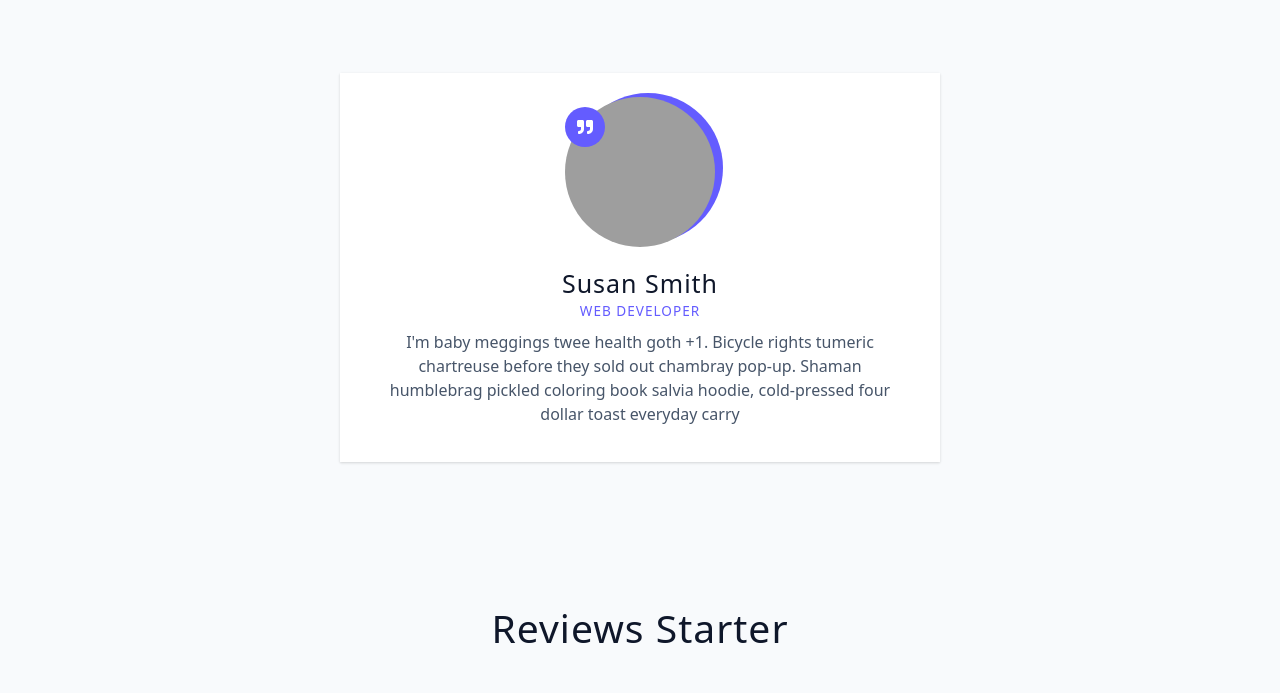
Repository: Maryie-B/React-Practice-Projects
Page: / (app in Reviews/)
An editor plug-in stored every save of this project. The page is shown before and after the next save, followed by the edit.
The browser window is 1280 px wide. The pictures show the whole page.
Pictures or frames that could not be fetched are drawn as grey boxes. The project was rebuilt for these pictures with package versions that can differ from the ones it lists, and the page was loaded fresh each time. Also part of the build but not shown: Reviews/vite.config.js.

Above is the page before, as saved 2023-06-07 11:45:30.

### Reviews/src/App.jsx
import React, { useState } from "react";
import people from "./data";
import { FaChevronLeft, FaChevronRight, FaQuoteRight } from "react-icons/fa";

const App = () => {
  const [index, setIndex] = useState(0);
  const {name, job, image, text} = people[index];


  return <main>
    <article className="review">
      <div className="img-container">
        <img src={image} alt={name} className="person-img"/>
        <span className="quote-icon">
          <FaQuoteRight />
        </span>
      </div>
      <h4 className="author">{name}</h4>
      <p className="job">{job}</p>
      <p className="info">{text}</p>
    </article>
    <h2>Reviews Starter</h2>
    </main>;

};
export default App;

### Reviews/src/data.js
const reviews = [
  {
    id: 1,
    name: 'susan smith',
    job: 'web developer',
    image:
      'https://res.cloudinary.com/diqqf3eq2/image/upload/v1586883334/person-1_rfzshl.jpg',
    text: "I'm baby meggings twee health goth +1. Bicycle rights tumeric chartreuse before they sold out chambray pop-up. Shaman humblebrag pickled coloring book salvia hoodie, cold-pressed four dollar toast everyday carry",
  },
  {
    id: 2,
    name: 'anna johnson',
    job: 'web designer',
    image:
      'https://res.cloudinary.com/diqqf3eq2/image/upload/v1586883409/person-2_np9x5l.jpg',
    text: 'Helvetica artisan kinfolk thundercats lumbersexual blue bottle. Disrupt glossier gastropub deep v vice franzen hell of brooklyn twee enamel pin fashion axe.photo booth jean shorts artisan narwhal.',
  },
  {
    id: 3,
    name: 'peter jones',
    job: 'intern',
    image:
      'https://res.cloudinary.com/diqqf3eq2/image/upload/v1586883417/person-3_ipa0mj.jpg',
    text: 'Sriracha literally flexitarian irony, vape marfa unicorn. Glossier tattooed 8-bit, fixie waistcoat offal activated charcoal slow-carb marfa hell of pabst raclette post-ironic jianbing swag.',
  },
  {
    id: 4,
    name: 'bill anderson',
    job: 'the boss',
    image:
      'https://res.cloudinary.com/diqqf3eq2/image/upload/v1586883423/person-4_t9nxjt.jpg',
    text: 'Edison bulb put a bird on it humblebrag, marfa pok pok heirloom fashion axe cray stumptown venmo actually seitan. VHS farm-to-table schlitz, edison bulb pop-up 3 wolf moon tote bag street art shabby chic. ',
  },
];

export default reviews;

Loaded but not shown: Reviews/index.html (common file); Reviews/src/main.jsx (common file); Reviews/src/index.css (common file)

After the next save:
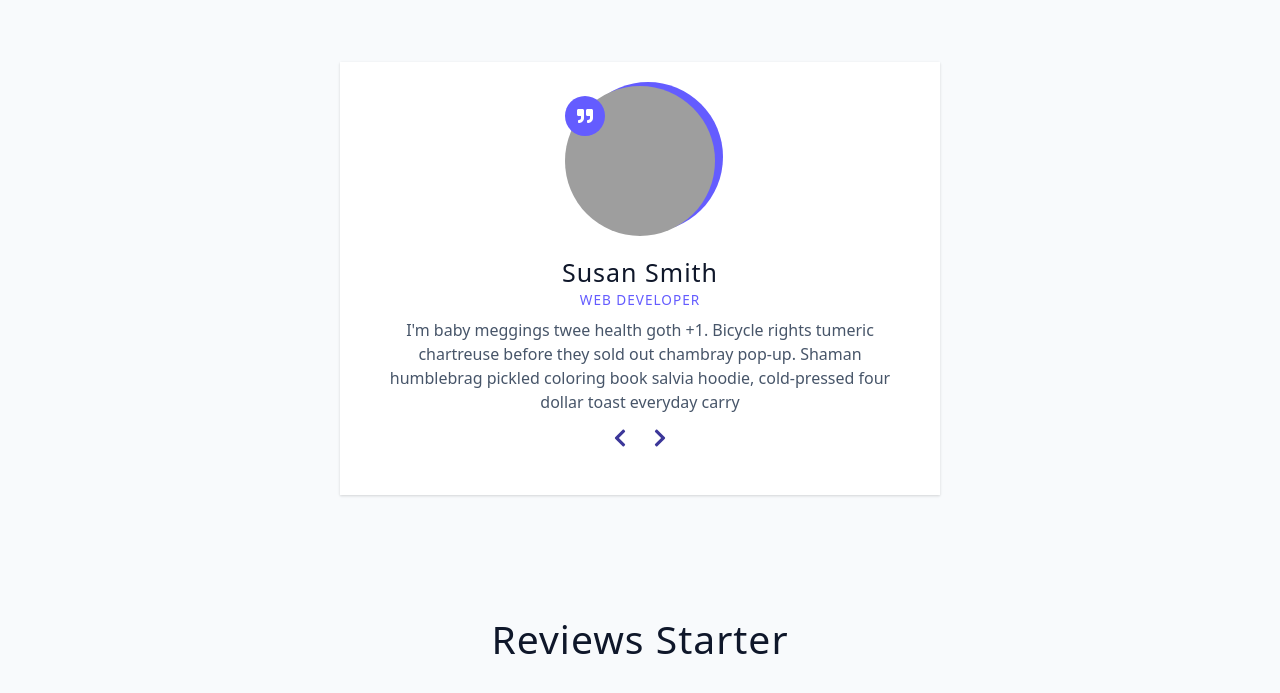
Saved 5 min 38 s later.
--- a/Reviews/src/App.jsx
+++ b/Reviews/src/App.jsx
@@ -5,6 +5,21 @@ import { FaChevronLeft, FaChevronRight, FaQuoteRight } from "react-icons/fa";
 const App = () => {
   const [index, setIndex] = useState(0);
   const {name, job, image, text} = people[index];
+
+
+  const nextPerson = () => {
+    setIndex((currentIndex) => {
+      const newIndex = currentIndex + 1;
+      return newIndex;
+    });
+  };
+
+  const prevPerson = () => {
+    setIndex((currentIndex) => {
+      const newIndex = currentIndex - 1;
+      return newIndex;
+    });
+  };
 
 
   return <main>
@@ -18,6 +33,14 @@ const App = () => {
       <h4 className="author">{name}</h4>
       <p className="job">{job}</p>
       <p className="info">{text}</p>
+      <div className="btn-container">
+        <button className="prev-btn" onClick={prevPerson}>
+          <FaChevronLeft />
+        </button>
+        <button className="next-btn" onClick={nextPerson}>
+          <FaChevronRight />
+        </button>
+      </div>
     </article>
     <h2>Reviews Starter</h2>
     </main>;
